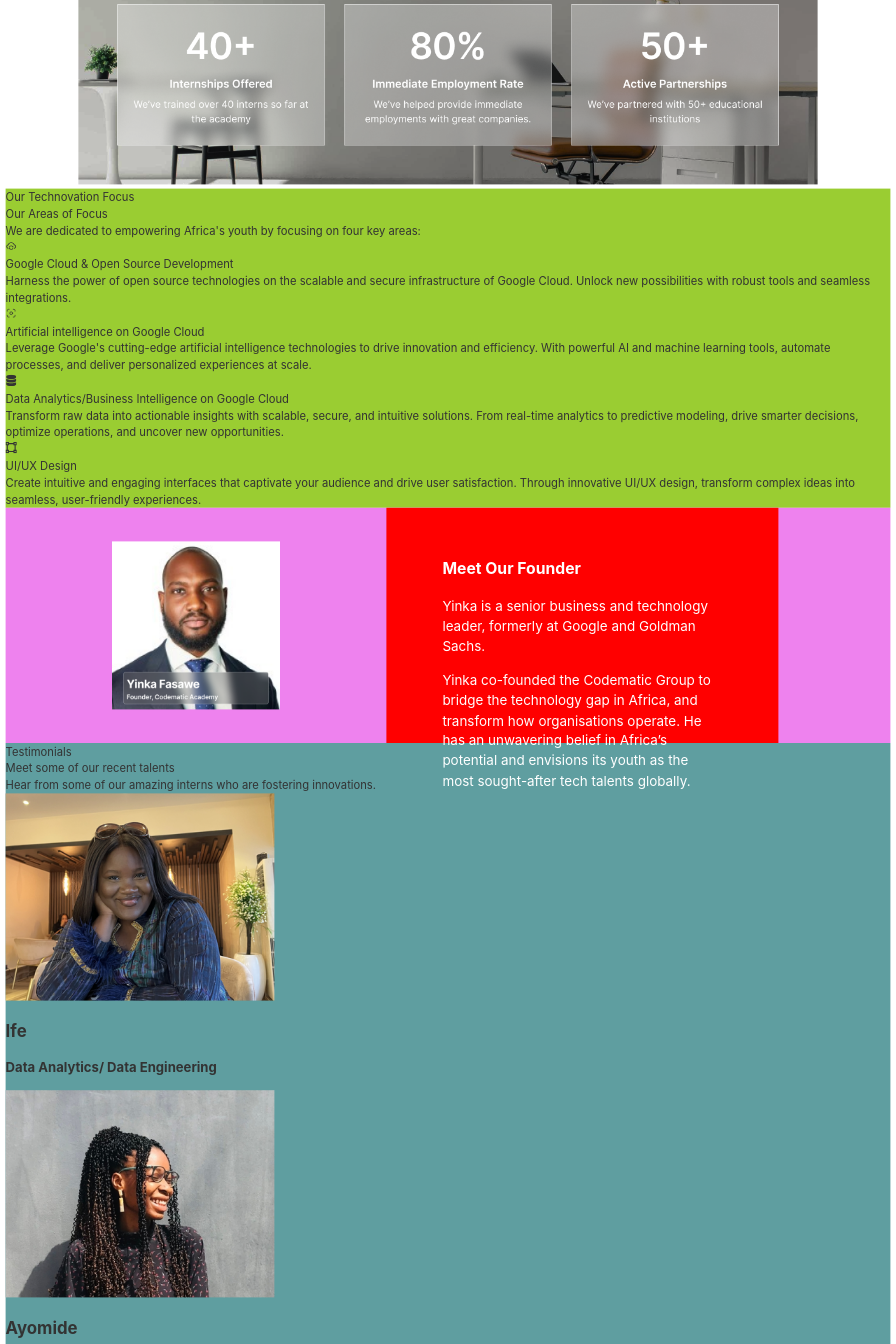
Repository: Gabriel221-dev/Codematic-page
Page: /
These files come from the project's save history. The page is drawn as it stood at one moment and after the next save; the edit follows.
The browser window is 1280 px wide. The pictures show the part of the page from y = 1938 to 3858 px (the page is 4648 px tall), at 70% of full size.
The project was rebuilt for these pictures with package versions that can differ from the ones it lists, and the page was loaded fresh each time. Also part of the build but not shown: vite.config.js.

Above is the page before, as saved 2024-07-25 12:09:19.

### src/App.jsx
import "./App.css";
import Home from "./pages/home";
import Header from "./components/Header";
import Footer from "./components/Footer";
import { BrowserRouter as Router, Route, Routes } from "react-router-dom";
import "./styles/global.css";

const App = () => {
  return (
    <Router>
      <Header />
      <main>
        <Routes>
          <Route path="/" element={<Home />} />
        </Routes>
      </main>
      <Footer />
    </Router>
  );
};

export default App;

### src/index.css
:root {
  font-family: Inter, system-ui, Avenir, Helvetica, Arial, sans-serif;
  line-height: 1.5;
  font-weight: 400;
  padding: 0 0;

  /* color-scheme: light dark;
  background-color: #242424;
  background-color:turquoise; */

}

### src/App.css
#root {
  max-width: 1280px;
  margin: 0 auto;
  /* padding: 2rem;
  text-align: center;
  background-color:bisque */

}

### src/components/Header.jsx
import { useState } from "react";
import { NavLink } from "react-router-dom";
import { FaBars } from "react-icons/fa";
import Sidebar from "./Sidebar";
import "./Header.css";
import { IconContext } from "react-icons";

const Header = () => {
  const [isSidebarToggled, setSidebarToggled] = useState(false);

  const handleToggle = () => {
    setSidebarToggled((prev) => !prev);
  };

  return (
    <>
      <IconContext.Provider value={{ color: "#fff" }}>
        <header className="header">
          <nav className="header__nav">
            <NavLink className="header__brand" to="/">
              <img
                className="header__logo"
                src="/public/Images/codematic-logo-dark-1536x351.png.png"
                alt="Logo"
                loading="eager"
                width="160"
              />
            </NavLink>

            <ul className="header__navigation">
              <li className="header__link">
                <NavLink
                  className={({ isActive }) =>
                    isActive
                      ? "header__anchor header__anchor--active"
                      : "header__anchor"
                  }
                  to="/"
                >
                  Home
                </NavLink>
              </li>
              <li className="header__link">
                <NavLink
                  className={({ isActive }) =>
                    isActive
                      ? "header__anchor header__anchor--active"
                      : "header__anchor"
                  }
                  to=""
                >
                  About Us
                </NavLink>
              </li>
              <li className="header__link">
                <NavLink
                  className={({ isActive }) =>
                    isActive
                      ? "header__anchor header__anchor--active"
                      : "header__anchor"
                  }
                  to=""
                >
                  Focus Areas
                </NavLink>
              </li>
              <li className="header__link">
                <NavLink
                  className={({ isActive }) =>
                    isActive
                      ? "header__anchor header__anchor--active"
                      : "header__anchor"
                  }
                  to=""
                >
                  Our Goals
                </NavLink>
              </li>
              <li className="header__link">
                <NavLink
                  className={({ isActive }) =>
                    isActive
                      ? "header__anchor header__anchor--active"
                      : "header__anchor"
                  }
                >
                  Testimonies
                </NavLink>
              </li>
              <NavLink className="header__btn" to="/contact">
                Apply Now
              </NavLink>
            </ul>

            <button
              className="header__menu"
              title="Toggle Menu"
              onClick={handleToggle}
            >
              <FaBars />
            </button>
          </nav>
          <Sidebar isOpen={isSidebarToggled} onToggle={handleToggle} />
        </header>
      </IconContext.Provider>
    </>
  );
};

export default Header;

### src/components/Footer.jsx
import { Link } from "react-router-dom";
import "./Footer.css";

const Footer = () => {
  return (
    <footer className="footer">
      <div className="footer__content">
        <div className="footer__pages">
          <img
            className="footer__logo"
            src="/public/Images/codematic-logo-dark-1536x351.png.png"
            alt="Logo"
            loading="lazy"
            width="160"
          />

          <ul className="footer__navigation">
            <li className="footer__link">
              <Link className="link-anchor footer__anchor" to="/">
                About Us
              </Link>
            </li>
            <li className="footer__link">
              <Link className="link-anchor footer__anchor" to="/about">
                Contact Us
              </Link>
            </li>
            <li className="footer__link">
              <Link className="link-anchor footer__anchor" to="/about">
                Privacy Policy
              </Link>
            </li>
          </ul>
        </div>

        {/* <div className="footer__more">
          <div className="footer__socials">
            <a href="#" aria-label="Facebook" className="footer__social">
              <svg
                className="footer__icon"
                xmlns="http://www.w3.org/2000/svg"
                width="24"
                height="24"
              >
                <path
                  fill="#FFF"
                  d="M22.675 0H1.325C.593 0 0 .593 0 1.325v21.351C0 23.407.593 24 1.325 24H12.82v-9.294H9.692v-3.622h3.128V8.413c0-3.1 1.893-4.788 4.659-4.788 1.325 0 2.463.099 2.795.143v3.24l-1.918.001c-1.504 0-1.795.715-1.795 1.763v2.313h3.587l-.467 3.622h-3.12V24h6.116c.73 0 1.323-.593 1.323-1.325V1.325C24 .593 23.407 0 22.675 0z"
                />
              </svg>
            </a>
            <a href="#" aria-label="Pinterest" className="footer__social">
              <svg
                className="footer__icon"
                xmlns="http://www.w3.org/2000/svg"
                width="24"
                height="24"
              >
                <path
                  fill="#FFF"
                  d="M12 0C5.373 0 0 5.372 0 12c0 5.084 3.163 9.426 7.627 11.174-.105-.949-.2-2.405.042-3.441.218-.937 1.407-5.965 1.407-5.965s-.359-.719-.359-1.782c0-1.668.967-2.914 2.171-2.914 1.023 0 1.518.769 1.518 1.69 0 1.029-.655 2.568-.994 3.995-.283 1.194.599 2.169 1.777 2.169 2.133 0 3.772-2.249 3.772-5.495 0-2.873-2.064-4.882-5.012-4.882-3.414 0-5.418 2.561-5.418 5.207 0 1.031.397 2.138.893 2.738a.36.36 0 01.083.345l-.333 1.36c-.053.22-.174.267-.402.161-1.499-.698-2.436-2.889-2.436-4.649 0-3.785 2.75-7.262 7.929-7.262 4.163 0 7.398 2.967 7.398 6.931 0 4.136-2.607 7.464-6.227 7.464-1.216 0-2.359-.631-2.75-1.378l-.748 2.853c-.271 1.043-1.002 2.35-1.492 3.146C9.57 23.812 10.763 24 12 24c6.627 0 12-5.373 12-12 0-6.628-5.373-12-12-12z"
                />
              </svg>
            </a>
            <a href="#" aria-label="Twitter" className="footer__social">
              <svg
                className="footer__icon"
                xmlns="http://www.w3.org/2000/svg"
                width="24"
                height="20"
              >
                <path
                  fill="#FFF"
                  d="M24 2.557a9.83 9.83 0 01-2.828.775A4.932 4.932 0 0023.337.608a9.864 9.864 0 01-3.127 1.195A4.916 4.916 0 0016.616.248c-3.179 0-5.515 2.966-4.797 6.045A13.978 13.978 0 011.671 1.149a4.93 4.93 0 001.523 6.574 4.903 4.903 0 01-2.229-.616c-.054 2.281 1.581 4.415 3.949 4.89a4.935 4.935 0 01-2.224.084 4.928 4.928 0 004.6 3.419A9.9 9.9 0 010 17.54a13.94 13.94 0 007.548 2.212c9.142 0 14.307-7.721 13.995-14.646A10.025 10.025 0 0024 2.557z"
                />
              </svg>
            </a>
          </div>
          <p className="footer__copy paragraph-2">
            Copyright 2020. All Rights Reserved
          </p>
        </div> */}
      </div>
    </footer>
  );
};

export default Footer;

### src/styles/global.css
* {
    /* margin: 0; */
    padding: 0;
    /* box-sizing: border-box; */
  }

  body {
    /* font-family: "Livvic", sans-serif; */
    /* line-height: 1.6; */
    color: #333;
    background-color: white;
  }

### src/pages/Home.css
/* .Home{
    padding: 1rem;
    background-color:green;
} */
.Home-1{
    /* background-color:red; */
    text-align: center;
}
.mark{
    background-color:white;
    border-radius:12px;
    font-size: .6rem;
    padding:.1rem;
    margin-right: .5rem;
}
.academy-1{
    font-size: .6rem;
    background-color: lightcyan;
    border-radius:12px;
    padding: .3rem;
    text-decoration: none;
}
.heading-sub-1{
      text-align: center;
}
.heading-1{
    width: 45rem;
    height: 12.7rem;
    font-size: 2.8rem;
    justify-content: center;
    align-items: center;
    margin: 0 auto;
    font-weight: 600;
    background-color:white;
}
.sub-heading-1{
    font-size: .9rem;
    height: 120px;
    width: 20rem;
    justify-content: center;
    align-items: center;
    margin: 0 auto;
}
.action{
    gap: 12px;
    text-decoration: none;
}
.apply-heading{
    background-color:#DEE0FF;
    text-align: center;
    margin: 0 1rem;
    padding: .2rem;
    border-radius: 3px;
    text-decoration: none;
}

.learn-heading{
    background-color: blue;
    text-align: center;
    padding: .2rem;
    border-radius: 3px;
    text-decoration: none;
}

.Home-1 img{
    background-color:none;
    width: 65rem;
    height: 516px;
    padding: 1rem;
    margin: 2.9rem 0;
}


.Home-2{
    /* background-color:brown; */
    display: flex;
    justify-content: space-between;
    height: 37rem;
}

.heading-sub-2{
    background-color:red;
    font-size: 1.4rem;
    font-style: normal;
    color: #fff;
    text-align: left;
    max-width: 30rem;
    text-align: left;
    height: 35rem;
    padding: 0 0 0 4rem;
    margin: 0 0 0 2rem;
}

.sub-heading-2{
    font-size: 1rem;
    color:blue;
}

.heading-2{
    font-size: 1.8rem;
    font-weight: 500;
    color:blue;
}

.home-chair{
    flex: 1;
}


.text-2{
    font-size: 1rem;
    color:black;
}

.apply-now-2{
    background-color:blue;
    margin-top:1.8rem;
    padding: .7rem 2rem .7rem 0;
    font-size: .7rem;
    color:white;
    width: 7rem;
}

.Home-2 .img{
    flex: 1;
    display: flex;
    justify-content: center;
}

.Home-2 img{
    display: flex;
    align-items: center;
    text-align: left;
    height: 35rem;
    width: 32rem;
    margin: 0 2.9rem 0 0;
}


.Home-3{
    /* background-color:chocolate; */
    text-align: center;
}

.heading-sub-3{
    padding: 2.5rem;
}

.sub-3{
    color:blue;
    font-size: .7rem;
}

.heading-3{
    color:black;
    font-size: 1.6rem;
    font-weight: 700;
}

.text-3{
    font-size: 1.1rem;
    width:40rem;
    display: flex;
    margin: 0 auto;
}

.Home-3 img{
    width: 66rem;
}

.Home-4{
    background-color:yellowgreen;
}

.Home-5{
    background-color:violet;
}

/* .Home-5 .article{

}

.Home-5 .img{

}

.Home-5 img{

} */

.Home-5 {
    display: flex;
    justify-content: space-between;
    align-items: center;
}
.Home-5 .heading-sub-5 {
    font-style: normal;
    color: #fff;
    font-size: 1.2rem;
    text-align: left;
    max-width: 25rem;
    text-align: left;
    height: 15rem;
    padding: 3rem 5rem;
    margin: 0 10rem 0 0;
    background-color:red;
}

.Home .article{
    flex: 1;
}

.Home-5 .img{
    flex: 1;
    display: flex;
    justify-content: center;
}

.Home-5 img{
    display: flex;
    align-items: center;
    text-align: left;
    height: 15rem;
    width: 15rem;
    margin: 0 0rem 0 0;
    padding: 2rem 0;
}



.Home-6{
    background-color:cadetblue;
}

.Home-7{
    background-color:goldenrod;
}

### src/components/Sidebar.jsx
import PropTypes from "prop-types";
import { useNavigate } from "react-router-dom";
import { AiOutlineClose } from "react-icons/ai";
import "./Sidebar.css";
import { IconContext } from "react-icons";

const Sidebar = ({ isOpen, onToggle }) => {
  const navigate = useNavigate();

  const handleNavigate = (path) => {
    navigate(path);
    onToggle();
  };

  return (
    <IconContext.Provider value={{ color: "#fff" }}>
      <div className={`sidebar ${isOpen ? "sidebar--open" : ""}`}>
        <div className="sidebar__overlay" onClick={onToggle}></div>
        <div className="sidebar__content">
          <div className="sidebar__header">
            <button
              className="sidebar__close"
              title="Close Menu"
              onClick={onToggle}
            >
              <AiOutlineClose />
            </button>
          </div>

          <ul className="sidebar__navigation">
            <li className="sidebar__link">
              <button
                className="sidebar__anchor"
                onClick={() => handleNavigate("/")}
              >
                Home
              </button>
            </li>

            <li className="sidebar__link">
              <button
                className="sidebar__anchor"
                onClick={() => handleNavigate()}
              >
                About Us
              </button>
            </li>
            <li className="sidebar__link">
              <button
                className="sidebar__anchor"
                onClick={() => handleNavigate()}
              >
                Focus Areas
              </button>
            </li>
            <li className="sidebar__link">
              <button
                className="sidebar__anchor"
                onClick={() => handleNavigate()}
              >
                Testimonies
              </button>
            </li>
          </ul>

          <button className="sidebar__btn" onClick={() => handleNavigate()}>
            Apply Now
          </button>
        </div>
      </div>
    </IconContext.Provider>
  );
};

Sidebar.propTypes = {
  isOpen: PropTypes.bool.isRequired,
  onToggle: PropTypes.func.isRequired,
};

export default Sidebar;

### src/components/Header.css
.header {
    background-color: white;
    height: 1.55rem;
    display: flex;
    justify-content: space-between;
    align-items: center;
    padding: 1rem 7rem;
  }

  @media only screen and (max-width: 850px) {
    .header {
        background-color:black;
      height: 150px;
      /* background-color:red; */
      align-items:left;
    }
  }

  @media only screen and (max-width: 576px) {
    .header {
      height: 128px;
    }
  }

  .header__nav {
    /* display: flex;
    align-items: center;
    gap: 8rem; */
    grid-column: center-start / center-end;
    display: grid;
    grid-template-columns: max-content 1fr max-content;
    align-items: center;
    column-gap: 8rem;

    @media only screen and (max-width: 768px) {
      column-gap: 4rem;
    }

    @media only screen and (max-width: 576px) {
        grid-template-columns: repeat(2, 1fr);
        column-gap: 0;
    }
  }

  .header__logo {
    max-width: 158px;

    @media only screen and (max-width: 768px) {
      margin-right: 14rem;
      margin-left: -5rem;
    }
  }

  .header__navigation {
    list-style: none;
    display: flex;
    margin: 0;
    padding: 0;
    text-decoration: none;

    @media only screen and (max-width: 820px) {
      display: none;
    }
  }

  .header__link {
    margin-right: 2rem;
    text-decoration: none;
  }

  /* .header:last-child {
    margin-right: 0;
  } */

  .header__anchor {
    font-size: .89rem;
    text-decoration: none;
    color: #333;
    font-weight: bold;
  }

  .header__anchor:hover{
    text-decoration: none;
  }

  .header__anchor--active {
    color: black;
}

  .header__btn {
    font-size: .7rem;
    background-color: blue;
    border: 2px solid #fff;
    width: 4rem;
    border-radius:5px;
    color: #fff;
    padding: 0.5rem .5rem;
    margin-left: 2rem;
    text-decoration: none;
    display: inline-block;
    cursor: pointer;
    justify-self: end;

    @media only screen and (max-width: 820px) {
      display: none;
    }
  }

  .header__btn:hover{
    background-color:white;
    color:#004953;
    text-decoration: none;
    border-radius:16px;
    transform: scale(1.05);
    transition: transform 0.6s ease-in-out, border-bottom 0.6s ease;
  }

  .header__menu {
    display: none;

    @media only screen and (max-width: 820px) {
      display: flex;
      width: 50px;
      height: 28px;
      padding: .1rem;
      border: 0;
      outline: 0;
    }
  }

  .header__menu:hover{
    background:none;
  }

### src/components/Footer.css
.footer {
    background-color: rgb(4, 4, 55);
    display: grid;
    grid-template-rows: 48px auto 48px;
    padding: 1rem;
  }

  @media only screen and (max-width: 768px) {
    .footer {
      grid-template-rows: 50px repeat(1, min-content) 56px;
    }
  }

  @media only screen and (max-width: 650px) {
    .footer {
      grid-template-rows: 64px repeat(1, min-content) 64px;
    }
  }

  .footer__content {
    display: grid;
    grid-column: center-start / center-end;
    grid-template-columns: max-content 1fr max-content;
    column-gap: 12.5rem;
    grid-column: 2;
    grid-row: 2 / 3;
  }

  @media only screen and (max-width: 1024px) {
    .footer__content {
      column-gap: 8rem;
    }
  }

  @media only screen and (max-width: 768px) {
    .footer__content {
      grid-template-columns: repeat(1, 1fr);
      grid-template-rows: repeat(1, min-content);
      row-gap: 3.2rem;
    }
  }

  @media only screen and (max-width: 480px) {
    .footer__content {
      grid-template-columns: 1fr;
      grid-template-rows: repeat(1, min-content);
      /* row-gap: 2.4rem; */
    }
  }

  .footer__pages {
    display: flex;
    flex-direction: column;
    justify-content: space-between;
  }

  @media only screen and (max-width: 480px) {
    .footer__pages {
      grid-column: 1 / 3;
      grid-row: 1 / 2;
      justify-self: center;
      align-items: center;
    }
  }

  .footer__logo {
    width: 160px;
  }

  @media only screen and (max-width: 768px) {
    .footer__logo {
      width: 96px;
    }
  }

  @media only screen and (max-width: 480px) {
    .footer__logo {
      margin-bottom: 24px;
    }
  }

  .footer__navigation {
    list-style: none;
    display: flex;
    margin-bottom: 7px;
  }

  @media only screen and (max-width: 768px) {
    .footer__navigation {
      margin-bottom: 0;
    }
  }

  .footer__link {
    margin-right: 40px;
    transition: color 0.3s;
  }

  @media only screen and (max-width: 1024px) {
    .footer__link {
      margin-right: 24px;
    }
  }

  @media only screen and (max-width: 768px) {
    .footer__link {
      margin-right: 1rem;
      margin-bottom: 16px;
    }
  }

  .footer__link:hover {
    color: var(--light-coral);
  }

  .footer__anchor {
    text-decoration: none;
    color: white;
    font-size: 1.5rem;
    text-transform: uppercase;
  }

  @media only screen and (max-width: 768px) {
    .footer__anchor {
      font-size: 1.5rem;
    }
  }

  .footer__information {
    display: flex;
    flex-direction: column;
  }

  @media only screen and (max-width: 768px) {
    .footer__information {
      text-align: right;
      margin-bottom: 2px;
    }
  }

  @media only screen and (max-width: 480px) {
    .footer__information {
      grid-column: 1 / 3;
      grid-row: 2 / 3;
      text-align: center;
    }
  }

  .footer__text {
    color: white;
    mix-blend-mode: normal;
    opacity: 0.6;
  }

  .footer__more {
    display: flex;
    flex-direction: column;
    justify-content: space-between;
    align-items: flex-end;
  }

  @media only screen and (max-width: 768px) {
    .footer__more {
      grid-column: 1 / 3;
      grid-row: 2 / 3;
      flex-direction: row;
      align-items: center;
    }
  }

  @media only screen and (max-width: 480px) {
    .footer__more {
      grid-column: 1 / 3;
      grid-row: 3 / 4;
      flex-direction: column;
      margin-top: 16px;
    }
  }

  .footer__socials {
    display: flex;
    margin-bottom: 7px;
  }

  @media only screen and (max-width: 768px) {
    .footer__socials {
      line-height: 0;
    }
  }

  @media only screen and (max-width: 480px) {
    .footer__socials {
      margin-bottom: 16px;
    }
  }

  .footer__social {
    margin-right: 16px;
    transition: fill 0.3s;
  }

  .footer__icon {
    width: 24px;
    height: 24px;
  }

  .footer__copy {
    color: white;
  }

### src/components/Sidebar.css
.sidebar {
    display: none;
    width: 100%;
    height: 100%;
    position: fixed;
    top: 0;
    left: 0;
    z-index: 100;
    transition: all 0.3s ease;
  }

  .sidebar--open {
    display: grid;
    grid-template-columns: 1fr min-content;
  }

  .sidebar__overlay {
    grid-column: 1 / -1;
    grid-row: 1 / 2;
    background-color: rgba(0, 0, 0, 0.5);
    transition: background-color 0.3s ease;

  }

  .sidebar__content {
    grid-column: 2 / 3;
    grid-row: 1 / 2;
    background-color: #194c4c;
    width: 250px;
    display: grid;
    grid-template-rows: 128px repeat(2, min-content);
    grid-template-columns: 48px 1fr 25px;
    transition: width 0.3s ease;
    transition: width .4s ease;

  }

  .sidebar__header {
    grid-column: 2 / 3;
    justify-self: end;
    align-self: center;
  }

  .sidebar__close {
    background-color:#194c4c ;
    width: 30px;
    border: 0;
    outline: 0;
  }

  .sidebar__close:hover{
    background-color:#194c4c;
  }

  .sidebar__navigation {
    grid-column: 2 / 3;
    list-style: none;
    margin: 0;
    padding: 0;
  }

  .sidebar__link {
    margin-bottom: 2.4rem;
  }

  .sidebar__anchor {
    font-size: 1.1rem;
    color: #fff;
    background: transparent;
    border: none;
    text-decoration: none;
    cursor: pointer;
  }

  .sidebar__anchor:hover{
    background:none;
  }

  .sidebar__btn {
    grid-column: 2 / 3;
    background-color: transparent;
    border: 1px solid #fff;
    color: #fff;
    padding: 0.5rem 1rem;
    text-decoration: none;
    display: inline-block;
    cursor: pointer;
    width: 159px;
  }

  .sidebar__btn:hover{
    background:white;
    color:#194c4c;
    transform: scale(1.05);
    transition: transform 0.3s ease-in-out, border-bottom 0.6s ease;
  }

  .sidebar--open .sidebar__overlay {
    background-color: rgba(0, 0, 0, 0.5);
  }

  .sidebar--open .sidebar__content {
    width: 250px;
  }

  @media (max-width: 768px) {
    .header__menu {
      display: grid;
      background-color: transparent;
      width: 24px;
      border: 0;
      outline: 0;
      justify-self: end;
      align-self: center;
      margin-left: auto;
    }
  }

Loaded but not shown: index.html (common file); src/main.jsx (common file); src/pages/home.jsx (257 lines, source omitted)

After the next save:
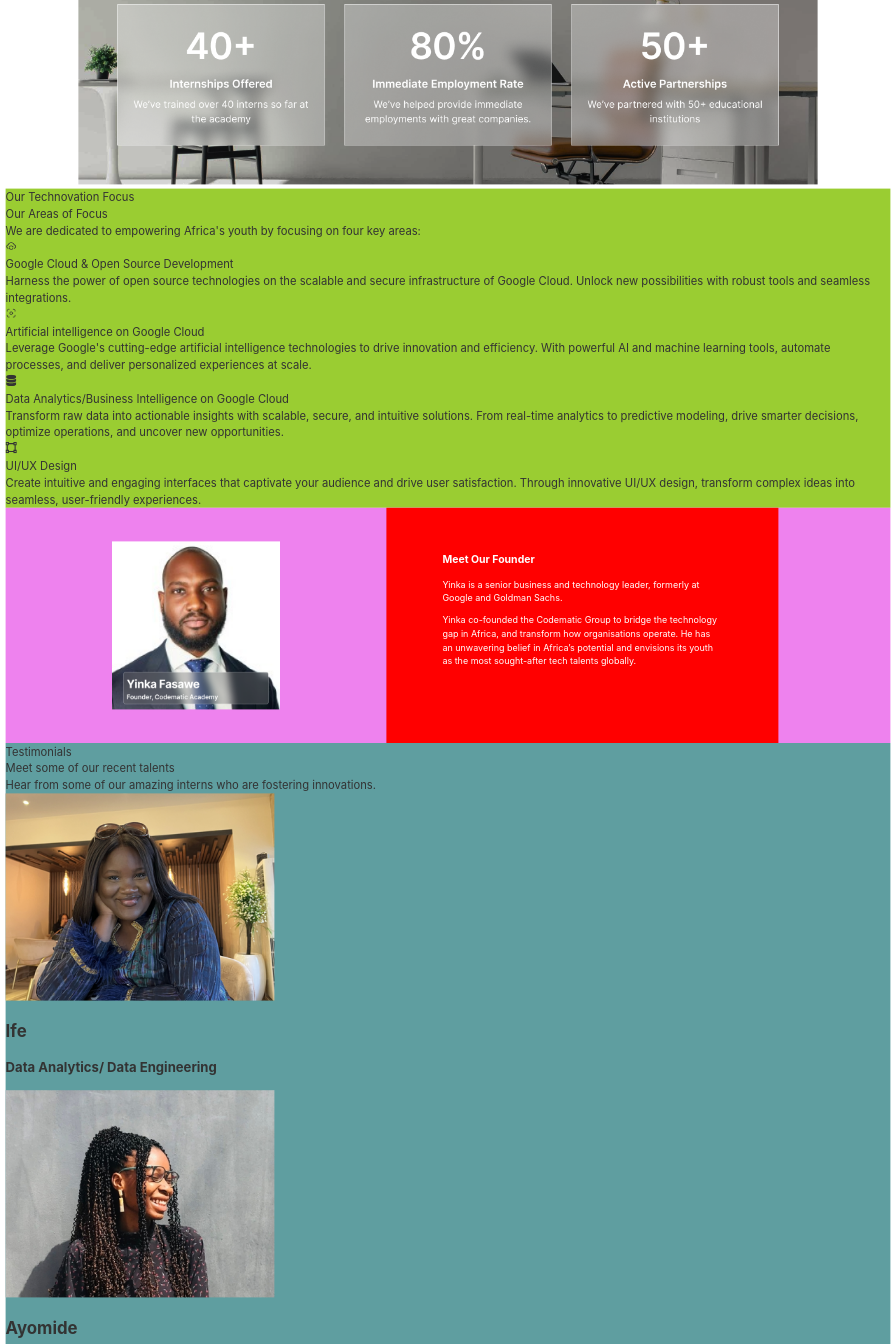
Saved 16 s later.
--- a/src/pages/Home.css
+++ b/src/pages/Home.css
@@ -196,7 +196,7 @@
 .Home-5 .heading-sub-5 {
     font-style: normal;
     color: #fff;
-    font-size: 1.2rem;
+    font-size: .8rem;
     text-align: left;
     max-width: 25rem;
     text-align: left;
